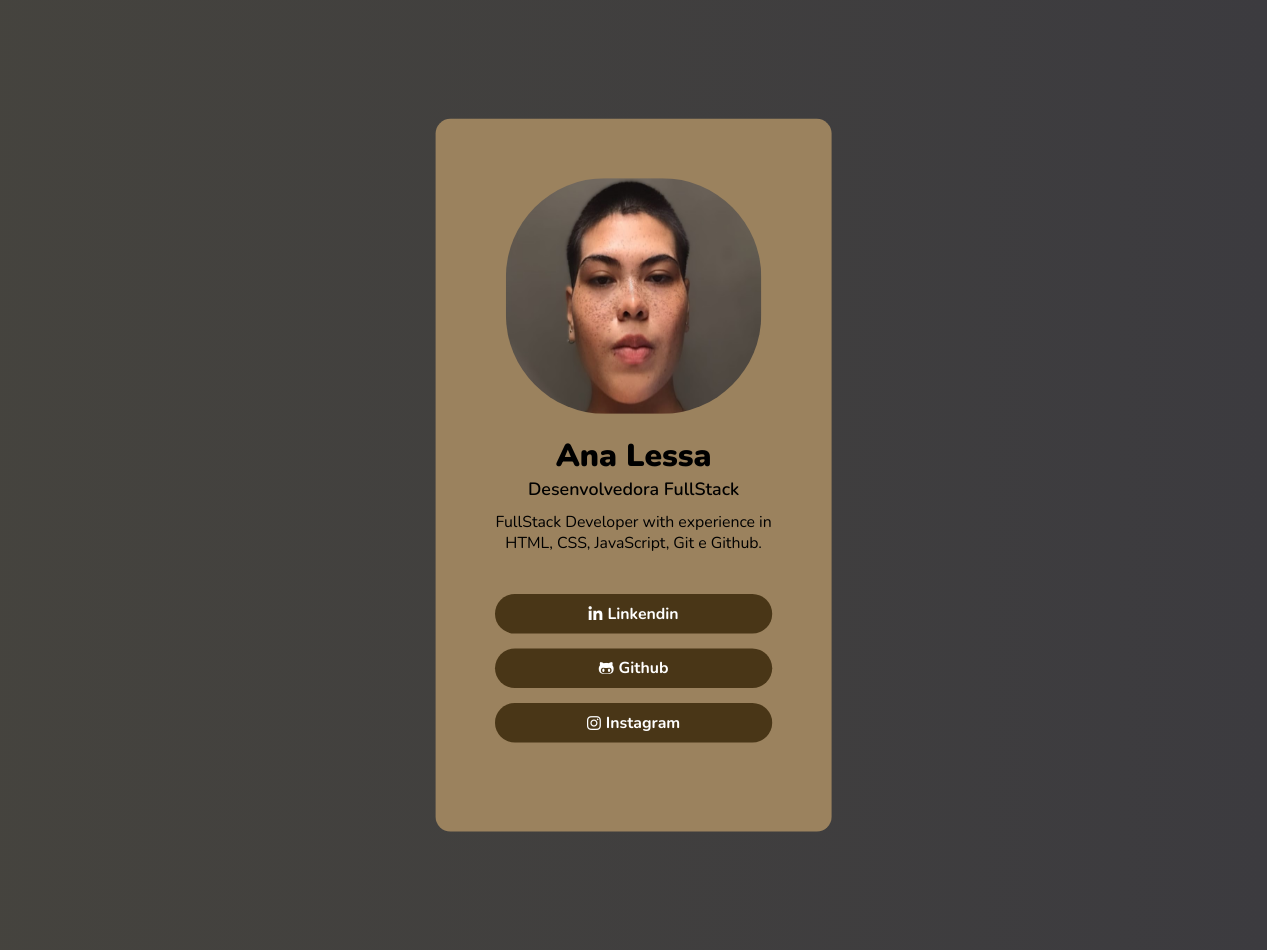
Repository: analessp/linktree
Page: index.html
An editor plug-in stored every save of this project. The page is shown before and after the next save, followed by the edit.
The browser window is 1280 px wide. The pictures show the whole page, at 99% of full size.

Above is the page before, as saved 2025-04-11 11:37:25.

### index.html
<!DOCTYPE html>
<html lang="pt-BR">
<head>
    <meta charset="UTF-8">
    <meta name="viewport" content="width=device-width, initial-scale=1.0">
    <title>Linktree Ana Lessa</title>
    <link rel="stylesheet" href="./css/style.css">
    <link rel="preconnect" href="https://fonts.googleapis.com">
    <link rel="preconnect" href="https://fonts.gstatic.com" crossorigin>
    <link href="https://fonts.googleapis.com/css2?family=Nunito:ital,wght@0,200..1000;1,200..1000&display=swap" rel="stylesheet">
    <link rel="stylesheet" href="https://cdnjs.cloudflare.com/ajax/libs/font-awesome/6.5.0/css/all.min.css">
</head>
<body>
    <div class="container-main">
    <div class="container-image">
        <img src="./assets/img.jpg" alt="Foto de Ana Lessa">
    </div>
    <div class="container-infos">
        <h1>Ana Lessa</h1>
        <h2>Desenvolvedora FullStack</h2>
    </div>
    <div class="container-easter-egg">
        <p>FullStack Developer with experience in HTML, CSS, JavaScript, Git e Github.</p>
    </div>
    <div class="container-social-links">
        <ul>
            <a href="https://www.linkedin.com/in/ana-lessa-2a312a253/" target="_blank">
            <li>
            <i class="fa-brands fa-linkedin-in"></i>
            <p>Linkendin</p>
            </li></a>
            <a href="https://github.com/analessp" target="_blank">
            <li>
            <i class="fa-brands fa-github-alt"></i>
            <p>Github</p>
            </li></a>
            <a href="https://www.instagram.com/analessp/" target="_blank">
            <li>
            <i class="fa-brands fa-instagram"></i>
            <p>Instagram</p>
            </li></a>
        </ul>
    </div>
    </div>
</body>
</html>

### css/style.css
@import url(./effects.css);

* {
    font-family: "Nunito", sans-serif;
    margin: 0;
    padding: 0;
    box-sizing: border-box;
}

body {
    background: #3C3B3F;  /* fallback for old browsers */
background: -webkit-linear-gradient(to right, #605C3C, #3C3B3F);  /* Chrome 10-25, Safari 5.1-6 */
background: linear-gradient(to right, #605C3C, #3C3B3F); /* W3C, IE 10+/ Edge, Firefox 16+, Chrome 26+, Opera 12+, Safari 7+ */
animation: gradientShift 10s ease infinite;
    background-size: 400%;
}

@keyframes gradientShift {
    0% { background-position: 0% 50%; }
    50% { background-position: 100% 50%; }
    100% { background-position: 0% 50%; }
  }

.container-main {
    background-color: #9b825e;
    width: 400px;
    height: 720px;
    box-sizing: border-box;
    margin: 120px auto;
    padding: 60px;
    border-radius: 15px;
    text-align: center;
}

.container-image img{
        width: 258px;
        height: 238px;
        border-radius: 100px;
}

.container-infos {
margin-top: 15px;
margin-bottom: 10px;
}

.container-infos h1 {
    font-weight: 900;
}

.container-infos h2 {
    font-weight: 600;
    font-size: 18px;
}

.container-social-links ul {
    list-style: none;
}

.container-social-links a {
    text-decoration: none;
    color: #ffffff;
}

.container-social-links {
    margin-top: 40px;
}

.container-social-links li {
    display: flex;
    justify-content: center;
    gap: 5px;
    align-items: center;
    width: 280px;
    height: 40px;
    background-color: #493617;
    margin: 15px 0;
    border-radius: 20px;
    font-weight: 700;
    transform-origin: 0.6s%;

    &:hover {
        background-color: bisque (0, 0, 0);
        transform: scale(1.1);
    }
}

Loaded but not shown: css/effects.css (no stored copy; drawn as an empty file)

After the next save:
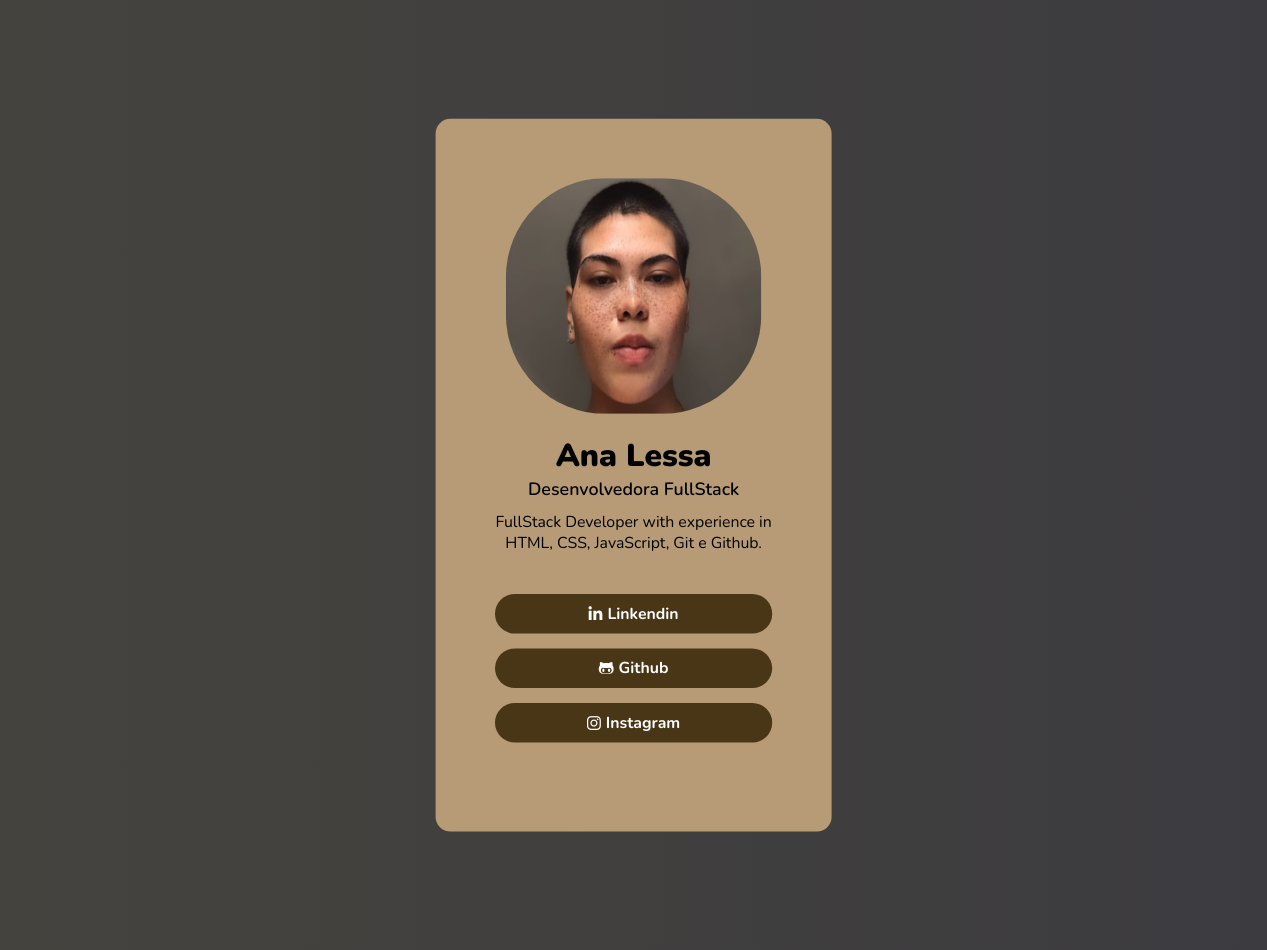
Saved 15 s later.
--- a/css/style.css
+++ b/css/style.css
@@ -22,7 +22,7 @@ animation: gradientShift 10s ease infinite;
   }
 
 .container-main {
-    background-color: #9b825e;
+    background-color: #b69b76;
     width: 400px;
     height: 720px;
     box-sizing: border-box;
